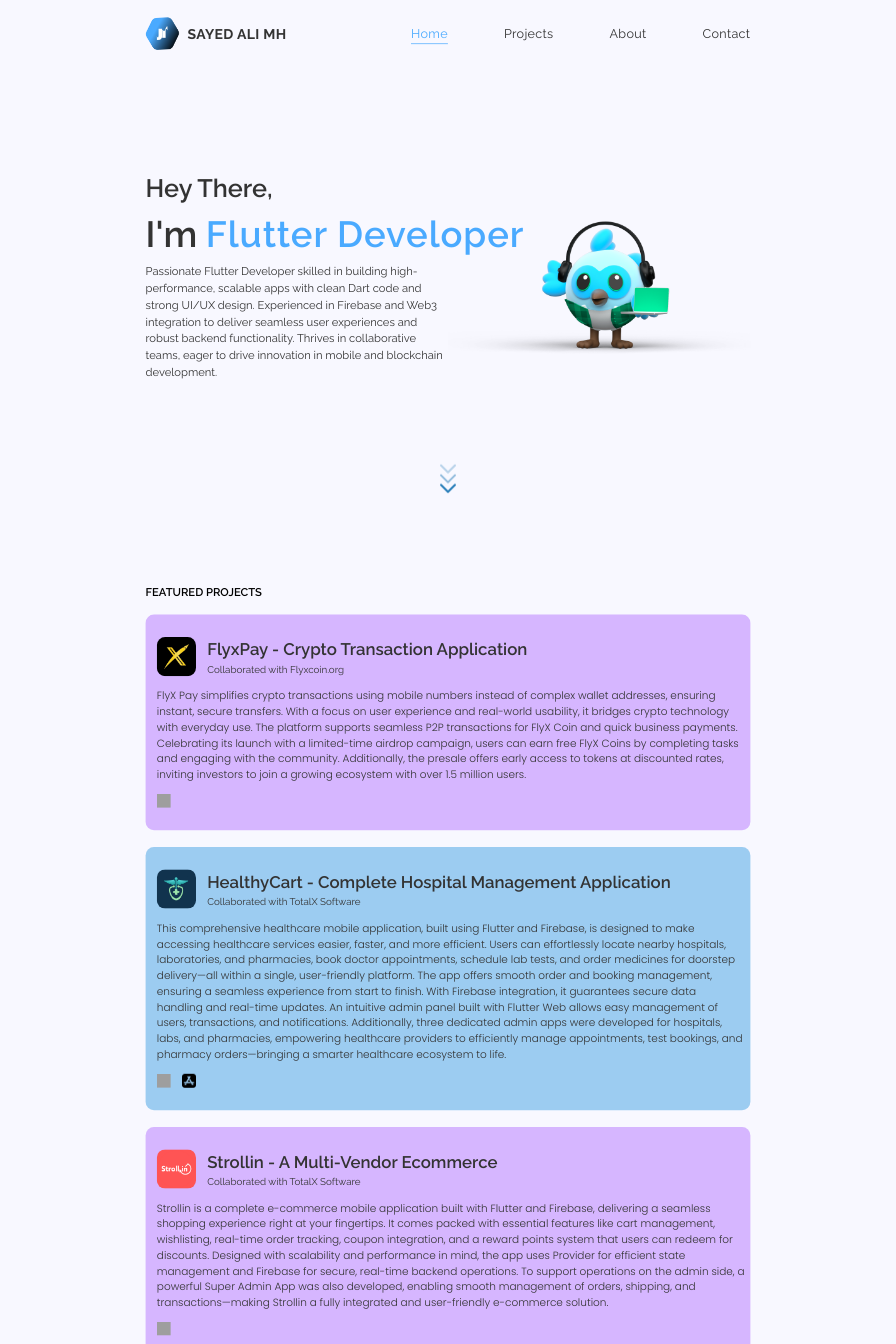
Repository: sayedali-2129/sayedali-portfolio
Page: /
These files come from the project's save history. The page is drawn as it stood at one moment and after a run of saves; the edit follows.
The browser window is 1280 px wide. The pictures show the part of the page from y = 0 to 1920 px (the page is 3045 px tall), at 70% of full size.
Pictures or frames that could not be fetched are drawn as grey boxes. The project was rebuilt for these pictures with package versions that can differ from the ones it lists, and the page was loaded fresh each time. The framework's server and built-in components were replaced by stand-ins that run in the browser. Also part of the build but not shown: next.config.ts.

Above is the page before, as saved 2025-05-25 17:49:45.

After the next 2 saves:
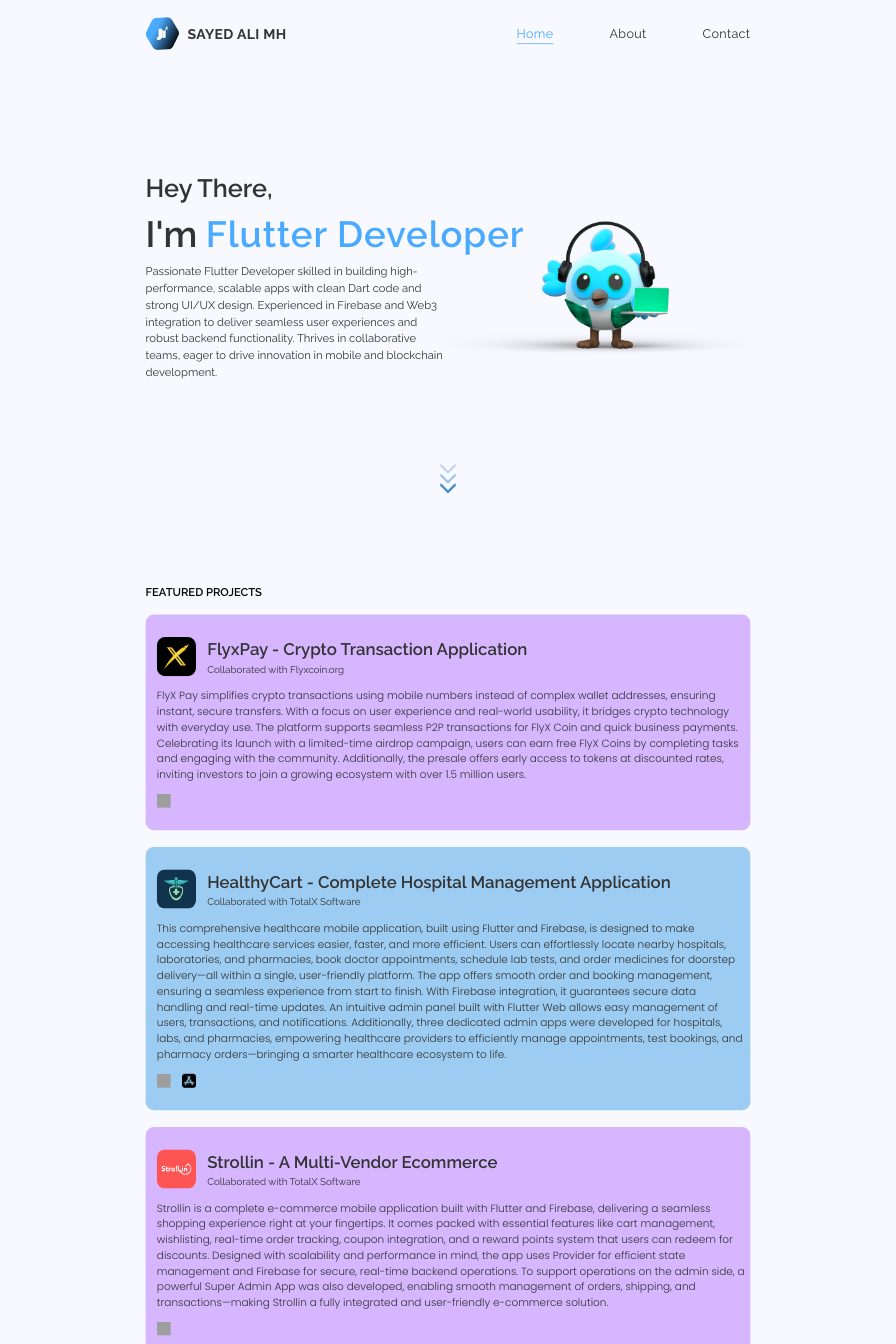
The 2 saves are shown as one change because 1 did not build or start.
The last was saved 2 min 2 s later.
--- a/src/features/home/components/NavBar.tsx
+++ b/src/features/home/components/NavBar.tsx
@@ -57,18 +57,6 @@
             } sm:font-RalewayRegular sm:text-lg text-[16px] font-RalewaySemiBold tracking-wide hover:cursor-pointer hover:text-TextBlue`}
           >
             Home
-          </Link>
-        </li>
-        <li>
-          <Link
-            href="/#projects"
-            className={`${
-              pathname === "/#projects"
-                ? "text-TextBlue underline underline-offset-8"
-                : "text-TextColor"
-            } sm:font-RalewayRegular sm:text-lg text-[16px] font-RalewaySemiBold tracking-wide hover:cursor-pointer hover:text-TextBlue`}
-          >
-            Projects
           </Link>
         </li>
 
